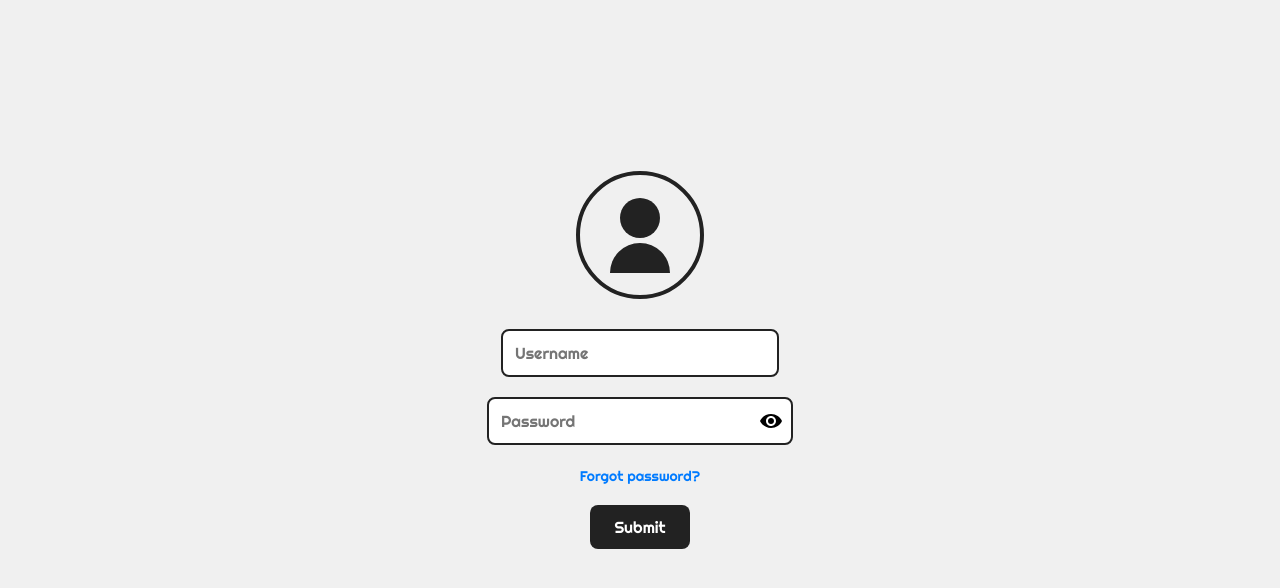
Repository: saifg123/Peer
Page: signin.html
An editor plug-in stored every save of this project. The page is shown before and after the next save, followed by the edit.
The browser window is 1280 px wide. The pictures show the whole page.

Above is the page before, as saved 2025-05-19 16:51:28.

After the next save:
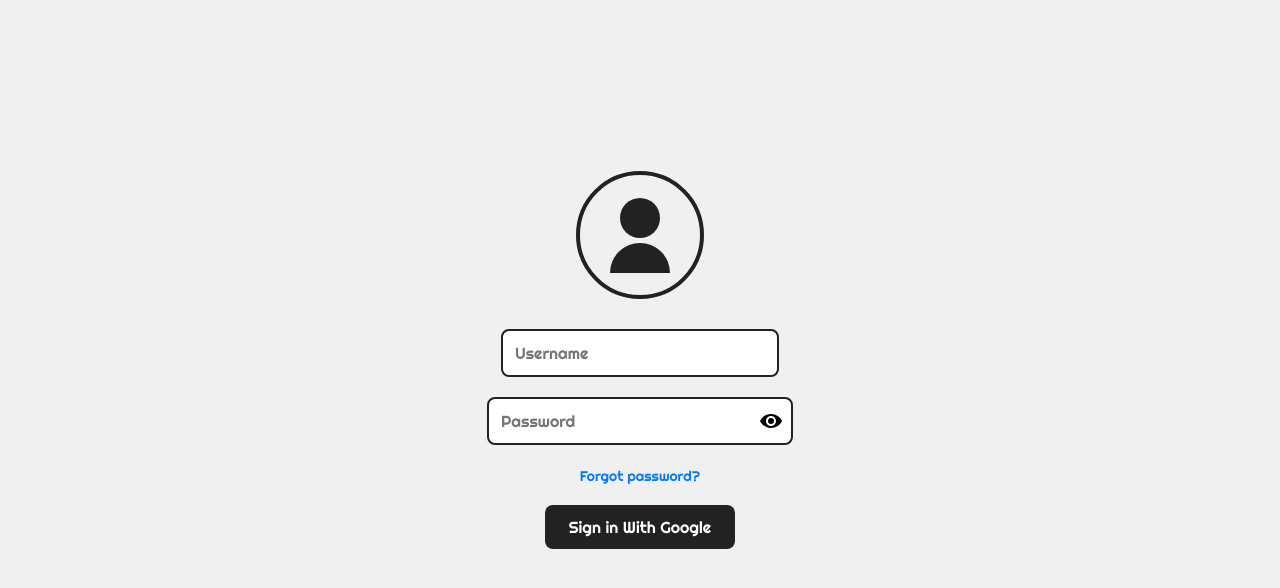
Saved 23 min 14 s later.
--- a/signin.html
+++ b/signin.html
@@ -187,7 +187,7 @@
         <a href="#">Forgot password?</a>
       </div>
 <form onsubmit="fetchClassroomData(event)" class="sign-in-container">
-      <button type="submit" class="submit-btn">Submit</button>
+      <button type="submit" class="submit-btn">Sign in With Google</button>
     </form>
     <div id="g_id_onload"
          data-client_id="824197230866-ihf2fbgin6f0d4mntooh3mpt6qku7vrc.apps.googleusercontent.com"
@@ -219,8 +219,16 @@
 
       const headers = { Authorization: `Bearer ${token}` };
       const urls = [
-        "https://classroom.googleapis.com/v1/courses",
+        "https://www.googleapis.com/auth/classroom.courses.readonly",
         "https://classroom.googleapis.com/v1/courses?courseStates=ACTIVE",
+        "https://www.googleapis.com/auth/classroom.announcements.readonly",
+        "https://www.googleapis.com/auth/classroom.coursework.me.readonly",
+        "https://www.googleapis.com/auth/classroom.courseworkmaterials.readonly",
+        "https://www.googleapis.com/auth/classroom.push-notifications",
+        "https://www.googleapis.com/auth/classroom.student-submissions.me.readonly",
+        "https://www.googleapis.com/auth/classroom.topics.readonly"
+
+        ,
       ];
 
       for (const url of urls) {
